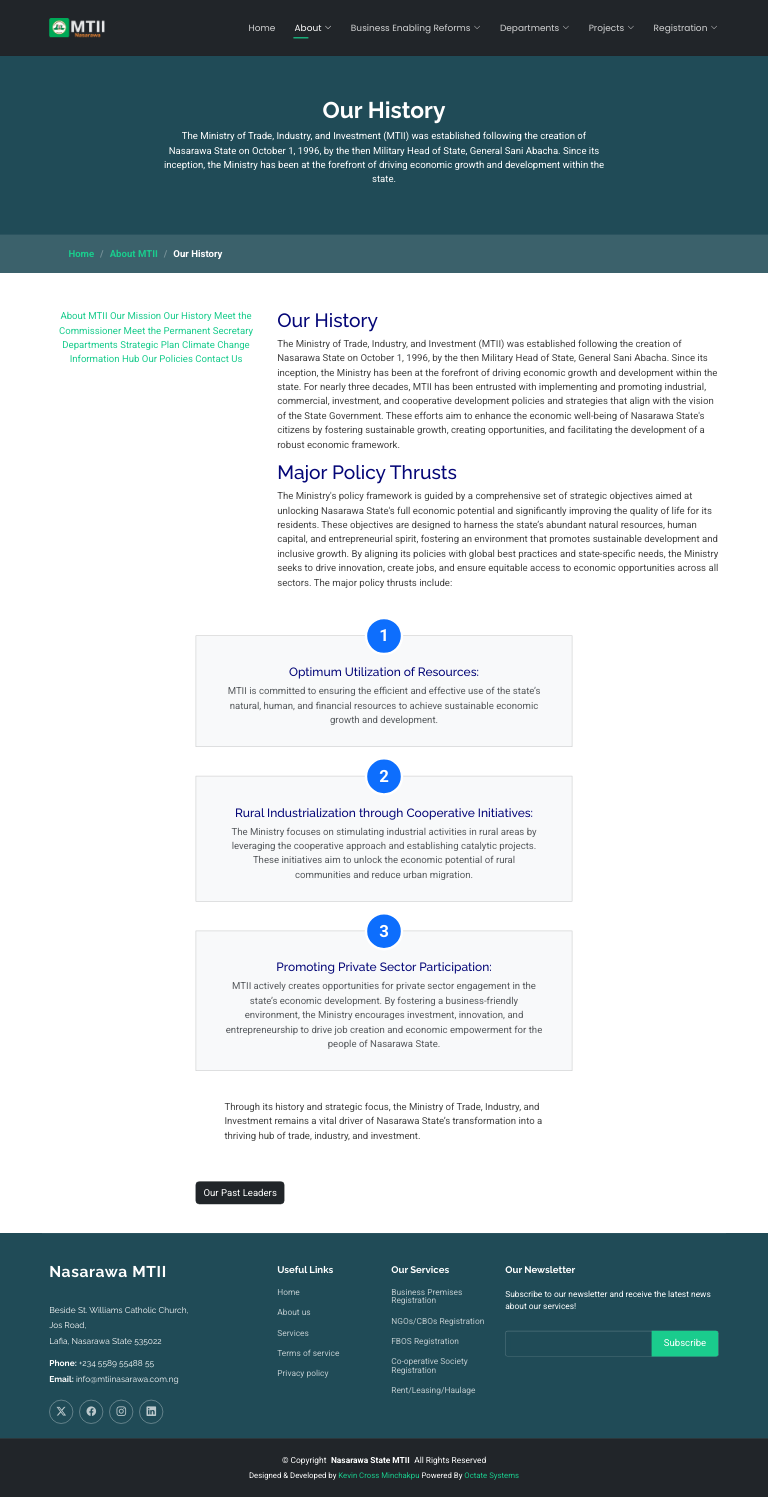
Repository: GlorifiedIntel/wamba-lgc
Page: wamba-history.html
The author's editor kept a copy of each file at every save. The page is drawn from the files as they stood at one save, then again after the next save.
The browser window is 1280 px wide. The page is 1292 px wide, so the pictures cover 1292 px, including what lies to the right of the window. The pictures show the whole page, at 60% of full size.

Above is the page before, as saved 2025-02-06 02:31:45.
Console error: TypeError: Cannot read properties of null (reading 'click')

### wamba-history.html
<!DOCTYPE html>
<html lang="en">

<head>
  <meta charset="utf-8">
  <meta http-equiv="X-UA-Compatible" content="IE=edge">
  <meta name="viewport" content="width=device-width, initial-scale=1.0">
  <meta name="format-detection" content="telephone=no">
  <meta name="apple-mobile-web-app-capable" content="yes">
  <meta name="author" content="Kevin Cross Minchakpu">
  <meta name="keywords" content="MTII, Nasarawa, Industry, Trade, Investment, Entrepreneur">
  <meta name="description" content="The Nasarawa State Ministry of Trade, Industry, and Investment promotes economic growth through trade, industrialization, and investment. It supports local industries, attracts investments, and fosters innovation to boost competitiveness and diversify the economy.">

  <!-- Favicons -->
  <link href="assets/img/favicon.png" rel="icon">
  <link href="assets/img/apple-touch-icon.png" rel="apple-touch-icon">

  <!-- Fonts -->
  <link href="https://fonts.googleapis.com" rel="preconnect">
  <link href="https://fonts.gstatic.com" rel="preconnect" crossorigin>
  <link href="https://fonts.googleapis.com/css2?family=Roboto:ital,wght@0,100;0,300;0,400;0,500;0,700;0,900;1,100;1,300;1,400;1,500;1,700;1,900&family=Poppins:ital,wght@0,100;0,200;0,300;0,400;0,500;0,600;0,700;0,800;0,900;1,100;1,200;1,300;1,400;1,500;1,600;1,700;1,800;1,900&family=Raleway:ital,wght@0,100;0,200;0,300;0,400;0,500;0,600;0,700;0,800;0,900;1,100;1,200;1,300;1,400;1,500;1,600;1,700;1,800;1,900&display=swap" rel="stylesheet">

  <!-- Vendor CSS Files -->
  <link href="assets/vendor/bootstrap/css/bootstrap.min.css" rel="stylesheet">
  <link href="assets/vendor/bootstrap-icons/bootstrap-icons.css" rel="stylesheet">
  <link href="assets/vendor/aos/aos.css" rel="stylesheet">
  <link href="assets/vendor/glightbox/css/glightbox.min.css" rel="stylesheet">
  <link href="assets/vendor/swiper/swiper-bundle.min.css" rel="stylesheet">

  <!-- Main CSS File -->
  <link href="assets/css/main.css" rel="stylesheet">
</head>

<body class="index-page">
  <header id="header" class="header d-flex align-items-center fixed-top bg-dark">
    <div class="container-fluid container-xl position-relative d-flex align-items-center justify-content-between">
      <a href="index.html" class="logo d-flex align-items-center">
        <img src="assets/img/logo.png" alt="" >
      </a>
      <nav id="navmenu" class="navmenu">
        <ul>
          <li><a href="index.html">Home</a></li>
          <li class="dropdown"><a href="about-mtii.html" class="active"><span>About</span> <i class="bi bi-chevron-down toggle-dropdown"></i></a>
            <ul>
              <li><a href="about-mtii.html">Nasarawa MTII</a></li>
                  <li><a href="mtii-history.html">MTII History</a></li>
                  <li><a href="the-commissioner.html" >The Commissioner</a></li>
                  <li><a href="the-secretary.html" >The Permanent Secretary</a></li>
                  <li><a href="directors.html" >Our Directors</a></li>
                  <li><a href="contact-us.html" >Our Contact</a></li>
            </ul>
          </li>

          <li class="dropdown"><a href="business-reforms.html"><span>Business Enabling Reforms</span> <i class="bi bi-chevron-down toggle-dropdown"></i></a>
            <ul>
              <li><a href="business-plans.html">Business Enabling Action Plan</a></li>
                  <li><a href="grievance.html">Grievance Redress Mechanism</a></li>
                  <li><a href="application-guidelines.html" >Application Guidelines</a></li>
                  <li><a href="legal-framework.html" >Legal Framework</a></li>
                  <li><a href="investment-opportunities.html" >Investment Opportunities</a></li>
            </ul>
          </li>

          <li class="dropdown"><a href="departments.html"><span>Departments</span> <i class="bi bi-chevron-down toggle-dropdown"></i></a>
            <ul>
              <li><a href="admin.html">Administration & Supply</a></li>
              <li><a href="cooperative.html">Cooperative & Thrift</a></li>
              <li><a href="finance.html">Finance & Account</a></li>
              <li><a href="investment.html">Industry & Investment</a></li>
              <li><a href="planning.html">Planning/Research/Statistics</a></li>
              <li><a href="trade.html">Trade</a></li>
            </ul>
          </li>

          <li class="dropdown"><a href="projects.html"><span>Projects</span> <i class="bi bi-chevron-down toggle-dropdown"></i></a>
            <ul>
              <li><a href="completed.html">Completed Projects</a></li>
                  <li><a href="ongoing.html">Ongoing Projects</a></li>
                  <li><a href="proposed.html" >Proposed Projects</a></li>
            </ul>
          </li>

          <li class="dropdown"><a href="registration.html"><span>Registration</span> <i class="bi bi-chevron-down toggle-dropdown"></i></a>
            <ul>
              <li><a href="howtoregister.html">How To Register</a></li>
                  <li><a href="online-registration.html">Online Registration</a></li>
                  <li><a href="businame-name.html" >Business Name Registration</a></li>
                  <li><a href="business-premises.html" >Business Premises Registration</a></li>
                  <li><a href="faqs.html" >FAQs</a></li>
            </ul>
          </li>
        </ul>
        <i class="mobile-nav-toggle d-xl-none bi bi-list"></i>
      </nav>

    </div>
  </header>

  <main class="main">

    <!-- Page Title -->
    <div class="page-title dark-background" data-aos="fade">
      <div class="heading">
        <div class="container">
          <div class="row d-flex justify-content-center text-center">
            <div class="col-lg-8">
              <h1>Our History</h1>
              <p class="mb-0">The Ministry of Trade, Industry, and Investment (MTII) was established following the creation of Nasarawa State on October 1, 1996, by the then Military Head of State, General Sani Abacha. Since its inception, the Ministry has been at the forefront of driving economic growth and development within the state.</p>
            </div>
          </div>
        </div>
      </div>
      <nav class="breadcrumbs">
        <div class="container">
          <ol>
            <li><a href="index.html">Home</a></li>
            <li><a href="about-mtii.html">About MTII</a></li>
            <li class="current">Our History</li>
          </ol>
        </div>
      </nav>
    </div><!-- End Page Title -->
    <section id="starter-section" class="starter-section section">
      <div class="container text-center">
        <div class="row justify-content-start">
          <div class="col-4 left-column">
            <div class="mtii-vertical-menu">
              <a href="industry.html">About MTII</a>
              <a href="admin.html">Our Mission</a>
              <a href="our-history.html" class="active">Our History</a>
              <a href="cooperative.html">Meet the Commissioner</a>
              <a href="finance.html">Meet the Permanent Secretary</a>
              <a href="planning.html">Departments</a>
              <a href="trade.html">Strategic Plan</a>
              <a href="about-mtii.html">Climate Change Information Hub</a>
              <a href="online-registration.html">Our Policies</a>
              <a href="contact-us.html">Contact Us</a>
            </div>
          </div>
          <div class="col-md-8 right-column text-start">
            <h2>Our History</h2>
            <p>The Ministry of Trade, Industry, and Investment (MTII) was established following the creation of Nasarawa State on October 1, 1996, by the then Military Head of State, General Sani Abacha. Since its inception, the Ministry has been at the forefront of driving economic growth and development within the state. For nearly three decades, MTII has been entrusted with implementing and promoting industrial, commercial, investment, and cooperative development policies and strategies that align with the vision of the State Government. These efforts aim to enhance the economic well-being of Nasarawa State's citizens by fostering sustainable growth, creating opportunities, and facilitating the development of a robust economic framework.</p>
          <h2>Major Policy Thrusts</h2>
          <p>The Ministry's policy framework is guided by a comprehensive set of strategic objectives aimed at unlocking Nasarawa State's full economic potential and significantly improving the quality of life for its residents. These objectives are designed to harness the state’s abundant natural resources, human capital, and entrepreneurial spirit, fostering an environment that promotes sustainable development and inclusive growth. By aligning its policies with global best practices and state-specific needs, the Ministry seeks to drive innovation, create jobs, and ensure equitable access to economic opportunities across all sectors. The major policy thrusts include:</p>
          </div>
        </div>
    </section><!-- /Starter Section Section -->
    <div class="row justify-content-center">
			<div class="col-md-6">
				<!-- Step -->
				<div class="card rounded-0 text-center p-3 bg-light px-5 mb-5">
					<div class="d-flex rounded-circle mx-auto align-items-center justify-content-center text-white fs-3 fw-bold bg-primary border border-white border-4" style="width: 4rem; height:4rem; margin-top: -3rem;">
						1
					</div>
					<h5 class="mt-3">Optimum Utilization of Resources:</h5>
					<p class="text-muted">MTII is committed to ensuring the efficient and effective use of the state’s natural, human, and financial resources to achieve sustainable economic growth and development.</p>
				</div>
				<!-- Step -->
				<div class="card rounded-0 text-center p-3 bg-light px-5 mb-5">
					<div class="d-flex rounded-circle mx-auto align-items-center justify-content-center text-white fs-3 fw-bold bg-primary border border-white border-4" style="width: 4rem; height:4rem; margin-top: -3rem;">
						2
					</div>
					<h5 class="mt-3">Rural Industrialization through Cooperative Initiatives:</h5>
					<p class="text-muted">The Ministry focuses on stimulating industrial activities in rural areas by leveraging the cooperative approach and establishing catalytic projects. These initiatives aim to unlock the economic potential of rural communities and reduce urban migration.</p>
				</div>
				<!-- Step -->
				<div class="card rounded-0 text-center p-3 bg-light px-5 mb-5">
					<div class="d-flex rounded-circle mx-auto align-items-center justify-content-center text-white fs-3 fw-bold bg-primary border border-white border-4" style="width: 4rem; height:4rem; margin-top: -3rem;">
						3
					</div>
					<h5 class="mt-3">Promoting Private Sector Participation:</h5>
					<p class="text-muted">MTII actively creates opportunities for private sector engagement in the state’s economic development. By fostering a business-friendly environment, the Ministry encourages investment, innovation, and entrepreneurship to drive job creation and economic empowerment for the people of Nasarawa State.</p>
				</div>
        <p class="mx-5">Through its history and strategic focus, the Ministry of Trade, Industry, and Investment remains a vital driver of Nasarawa State’s transformation into a thriving hub of trade, industry, and investment.</p>
        <a class="btn btn-dark my-5 align-items-center" href="#" role="button">Our Past Leaders</a>
      </div>
      <div >
     </div>
		</div>
	</div>
    </main>
  <!--Main End-->

<!--Footer Start-->
<footer id="footer" class="footer dark-background">

  <div class="container footer-top">
    <div class="row gy-4">
      <div class="col-lg-4 col-md-6 footer-about">
        <a href="index.html" class="logo d-flex align-items-center">
          <span class="sitename">Nasarawa MTII</span>
        </a>
        <div class="footer-contact pt-3">
          <p>Beside St. Williams Catholic Church,</p>
          <p>Jos Road,</p>
          <p>Lafia, Nasarawa State 535022</p>
          <p class="mt-3"><strong>Phone:</strong> <span>+234 5589 55488 55</span></p>
          <p><strong>Email:</strong> <span>info@mtiinasarawa.com.ng</span></p>
        </div>
        <div class="social-links d-flex mt-4">
          <a href=""><i class="bi bi-twitter-x"></i></a>
          <a href=""><i class="bi bi-facebook"></i></a>
          <a href=""><i class="bi bi-instagram"></i></a>
          <a href=""><i class="bi bi-linkedin"></i></a>
        </div>
      </div>

      <div class="col-lg-2 col-md-3 footer-links">
        <h4>Useful Links</h4>
        <ul>
          <li><a href="index.html">Home</a></li>
          <li><a href="about-mtii.html">About us</a></li>
          <li><a href="services.html">Services</a></li>
          <li><a href="terms-of-use.html">Terms of service</a></li>
          <li><a href="privacy-policy.html">Privacy policy</a></li>
        </ul>
      </div>

      <div class="col-lg-2 col-md-3 footer-links">
        <h4>Our Services</h4>
        <ul>
          <li><a href="business-premises.html">Business Premises Registration</a></li>
          <li><a href="ngo-cbo-registration.html">NGOs/CBOs Registration</a></li>
          <li><a href="fbo-registration.html">FBOS Registration</a></li>
          <li><a href="cooperative-registration.html">Co-operative Society Registration</a></li>
          <li><a href="rent.html">Rent/Leasing/Haulage</a></li>
        </ul>
      </div>

      <div class="col-lg-4 col-md-12 footer-newsletter">
        <h4>Our Newsletter</h4>
        <p>Subscribe to our newsletter and receive the latest news about our services!</p>
        <form action="forms/newsletter.php" method="post" class="php-email-form">
          <div class="newsletter-form"><input type="email" name="email"><input type="submit" value="Subscribe"></div>
          <div class="loading">Loading</div>
          <div class="error-message"></div>
          <div class="sent-message">Your subscription request has been sent. Thank you!</div>
        </form>
      </div>

    </div>
  </div>

  <div class="container-fluid copyright text-center mt-4 bg-dark">
    <p>© <span>Copyright</span> <strong class="px-1 sitename">Nasarawa State MTII</strong> <span>All Rights Reserved</span></p>
    <div class="credits">
      Designed & Developed by <a href="https://kevinomics.com/">Kevin Cross Minchakpu</a> Powered By <a href="https://octatesystems.com">Octate Systems</a>
    </div>
  </div>

</footer>

<!-- Scroll Top -->

<button id="scroll-top" class="scroll-top d-flex bg-dark align-items-center justify-content-center"><i class="bi bi-arrow-up-short"></i></button>
<!-- Preloader -->
<div id="preloader"></div>

<!-- Vendor JS Files -->
<script src="assets/vendor/bootstrap/js/bootstrap.bundle.min.js"></script>
<script src="assets/vendor/php-email-form/validate.js"></script>
<script src="assets/vendor/aos/aos.js"></script>
<script src="assets/vendor/glightbox/js/glightbox.min.js"></script>
<script src="assets/vendor/purecounter/purecounter_vanilla.js"></script>
<script src="assets/vendor/swiper/swiper-bundle.min.js"></script>

<!-- Main JS File -->
<script src="assets/js/main.js"></script>
<script src="assets/js/reforms.js"></script>

</body>

</html>

Loaded but not shown: assets/vendor/bootstrap/css/bootstrap.min.css (library); assets/vendor/bootstrap-icons/bootstrap-icons.css (library); assets/vendor/aos/aos.css (library); assets/vendor/glightbox/css/glightbox.min.css (library); assets/vendor/swiper/swiper-bundle.min.css (library); assets/vendor/bootstrap/js/bootstrap.bundle.min.js (library); assets/vendor/php-email-form/validate.js (common file); assets/vendor/aos/aos.js (library); assets/vendor/glightbox/js/glightbox.min.js (library); assets/vendor/purecounter/purecounter_vanilla.js (library); assets/vendor/swiper/swiper-bundle.min.js (library); assets/js/main.js (181 lines, source omitted); assets/js/reforms.js (43 lines, source omitted); assets/css/main.css (1741 lines, source omitted)

After the next save:
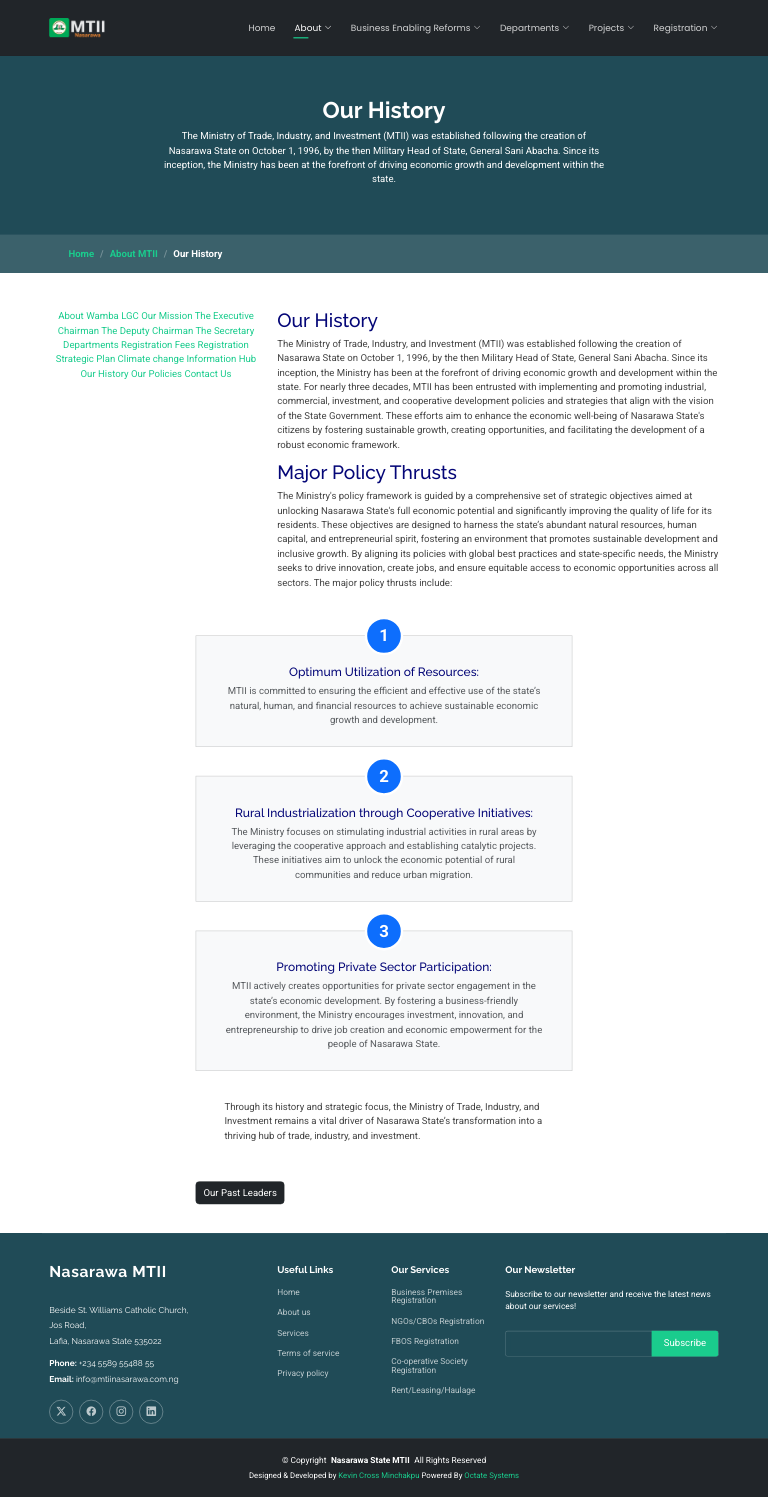
Saved 2 min 8 s later.
--- a/wamba-history.html
+++ b/wamba-history.html
@@ -123,17 +123,20 @@
     <section id="starter-section" class="starter-section section">
       <div class="container text-center">
         <div class="row justify-content-start">
-          <div class="col-4 left-column">
+          <div class="col-md-4 left-column">
             <div class="mtii-vertical-menu">
-              <a href="industry.html">About MTII</a>
-              <a href="admin.html">Our Mission</a>
-              <a href="our-history.html" class="active">Our History</a>
-              <a href="cooperative.html">Meet the Commissioner</a>
-              <a href="finance.html">Meet the Permanent Secretary</a>
-              <a href="planning.html">Departments</a>
-              <a href="trade.html">Strategic Plan</a>
-              <a href="about-mtii.html">Climate Change Information Hub</a>
-              <a href="online-registration.html">Our Policies</a>
+              <a href="about-mtii.html" class="active">About Wamba LGC</a>
+              <a href="about-mtii.html">Our Mission</a>
+              <a href="the-commissioner.html">The Executive Chairman</a>
+              <a href="the-deputy.html">The Deputy Chairman</a>
+              <a href="the-secretary.html">The Secretary</a>
+              <a href="departments.html">Departments</a>
+              <a href="registration-fee.html">Registration Fees</a>
+              <a href="online-registration.html">Registration</a>
+              <a href="strategic-plans.html">Strategic Plan</a>
+              <a href="climate-change.html">Climate change Information Hub</a>
+              <a href="our-history.html">Our History</a>
+              <a href="our-policies.html">Our Policies</a>
               <a href="contact-us.html">Contact Us</a>
             </div>
           </div>
